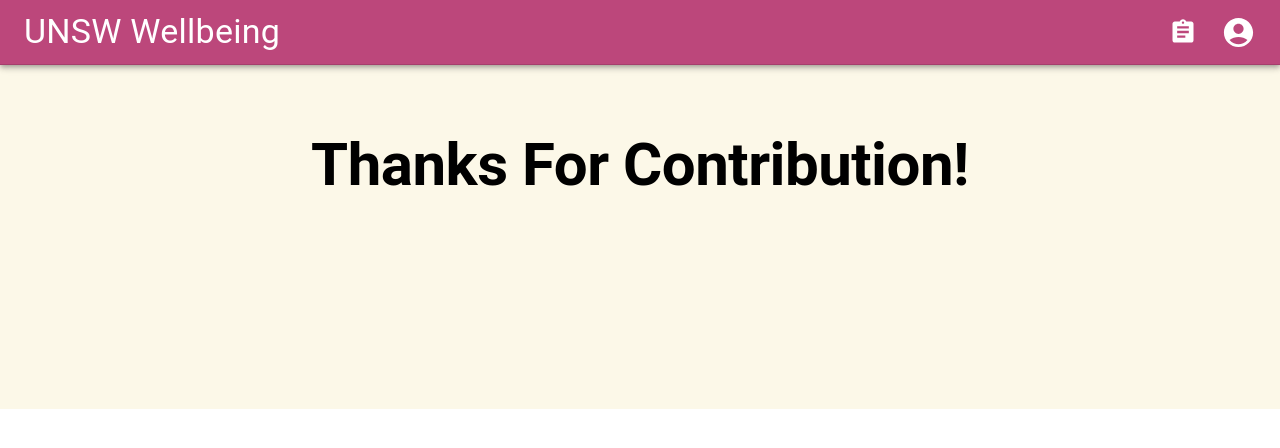
Repository: lplsz/Visionaries
Page: /student_main (app in frontend/)
An editor plug-in stored every save of this project. The page is shown before and after the next save, followed by the edit.
The browser window is 1280 px wide. The pictures show the whole page.
The project was rebuilt for these pictures with package versions that can differ from the ones it lists, and the page was loaded fresh each time. Also part of the build but not shown: frontend/src/Main.jsx, frontend/src/component/HomeCard.jsx, frontend/src/component/QACard.jsx, frontend/src/page/StudentLogin.jsx, frontend/src/page/ExpertLogin.jsx, frontend/src/page/StudentRegister.jsx, frontend/src/page/ExpertRegister.jsx.

Above is the page before, as saved 2022-06-29 00:59:15.

### frontend/src/App.jsx
import React from 'react';
import {
  BrowserRouter,
  Routes,
  Route
} from 'react-router-dom';

import HomePage from './page/HomePage.jsx';
import StudentMain from './page/StudentMain';
import ExpertMain from './page/ExpertMain';
import StudentProfile from './page/StudentProfile';
import ExpertProfile from './page/ExpertProfile';
import StudentLogin from './page/StudentLogin';
import ExpertLogin from './page/ExpertLogin.jsx';
import StudentRegister from './page/StudentRegister.jsx';
import ExpertRegister from './page/ExpertRegister.jsx';
import StudentQAList from './page/StudentQAList.jsx';

function App () {
  return (
    <BrowserRouter>
      <Routes>
        <Route path="/" element={<HomePage />} />
        <Route path="/student_register" element={<StudentRegister />} />
        <Route path="/student_login" element={<StudentLogin />} />
        <Route path="/contributor_register" element={<ExpertRegister />} />
        <Route path="/contributor_login" element={<ExpertLogin />} />
        <Route path="/student_main" element={<StudentMain />} />
        <Route path="/expert_main" element={<ExpertMain />} />
        <Route path="/student_profile" element={<StudentProfile />} />
        <Route path="/expert_profile" element={<ExpertProfile />} />
        <Route path="/student_QA_list" element={<StudentQAList />} />
      </Routes>
    </BrowserRouter>
  );
}

export default App;

### frontend/src/page/HomePage.jsx
/* eslint-disable no-unused-vars */
import React from 'react';
import CssBaseline from '@mui/material/CssBaseline';
import Grid from '@mui/material/Grid';
import Typography from '@mui/material/Typography';
import GlobalStyles from '@mui/material/GlobalStyles';
import Container from '@mui/material/Container';
import { useNavigate } from 'react-router-dom';
import { Copyright } from '../Main';
import HomeCard from '../component/HomeCard';
import LoginIcon from '@mui/icons-material/Login';
import AssignmentIndIcon from '@mui/icons-material/AssignmentInd';
import background from './img/background.jpg'

const tiers = [
  {
    icon: <LoginIcon fontSize="large" color="success"/>,
    title: 'Student',
    buttonText1: 'Sign up your account',
    buttonText2: 'Register for free',
    buttonVariant: 'outlined',
    navigator1: '/student_login',
    navigator2: '/student_register'
  },
  {
    icon: <AssignmentIndIcon fontSize="large" color="secondary"/>,
    title: 'Expert',
    buttonText1: 'Sign up your account',
    buttonText2: 'Register for free',
    buttonVariant: 'outlined',
    navigator1: '/Expert_login',
    navigator2: '/Expert_register'
  },
];

function HomePage () {
  const navigate = useNavigate();
  return (
    <div style = {{backgroundImage: `url(${background})`, backgroundSize: '100% 100%'}}>
      <GlobalStyles styles={{ ul: { margin: 0, padding: 0, listStyle: 'none' } }} />
      <CssBaseline />
      <Container disableGutters maxWidth="sm" component="main" sx={{ pt: 8, pb: 6 }}>
        <Typography
          component="h1"
          variant="h1"
          align="center"
          color="white"
          gutterBottom
        >
          Welcome to Visionaries!
        </Typography>
      </Container>
      <Container maxWidth="md" component="main">
        <Grid container spacing={5} alignItems="flex-end">
          {tiers.map((tier, index) => <HomeCard key={index} tier={tier} navigate={navigate} />)}
        </Grid>
      </Container>

      <Container
        maxWidth="md"
        component="footer"
        sx={{
          mt: 8,
          py: [3, 6],
        }}
      >
      </Container>
    </div>
  );
}

export default HomePage;

### frontend/src/page/StudentMain.jsx
/* eslint-disable no-unused-vars */
import * as React from 'react';
import CssBaseline from '@mui/material/CssBaseline';
import Container from '@mui/material/Container';
import Typography from '@mui/material/Typography';
import Grid from '@mui/material/Grid';
import StudentHeader from '../component/StudentHeader';
import GlobalStyles from '@mui/material/GlobalStyles';
import { useNavigate } from 'react-router-dom';
import QACard from '../component/QACard';
import CareerAdvice from './img/career_advice.jpg';
import COVID19 from './img/covid-19.jpg';
import MentalHealth from './img/mental_health_amid.jpg';
import Others from './img/others.jpg';
import StudyFromHome from './img/study_from_home.jpg';
import Vaccinations from './img/vaccinations.jpg';
import WellBeing from '../component/img/well-being.jpg';

const categories = [
    {
        id: 0,
        category_name: 'Career Advice',
        category_image_url: CareerAdvice,
        category_description: 'Career Advice',
    },
    {
        id: 1,
        category_name: 'Covid-19',
        category_image_url: COVID19,
        category_description: 'Covid-19',
    },
    {
        id: 2,
        category_name: 'Mental Health Amid',
        category_image_url: MentalHealth,
        category_description: 'Mental Health Amid',
    },
    {
        id: 3,
        category_name: 'Study From Home',
        category_image_url: StudyFromHome,
        category_description: 'Study From Home',
    },
    {
        id: 4,
        category_name: 'Vaccinations',
        category_image_url: Vaccinations,
        category_description: 'Vaccinations',
    },
    {
        id: 5,
        category_name: 'Others',
        category_image_url: Others,
        category_description: 'Others',
    },
];

const StudentMain = () => {

    const navigate = useNavigate();

    const CategoryCard = () => {
        const cards = categories.map((c, i) => {
            const cProp = {
                id: c.id,
                category_name: c.name,
                category_image_url: c.category_image_url,
                category_description: c.category_description,
                key: i
            };
            return (
                <QACard category={cProp} key={i}></QACard>
            )
        });
        return (
            <Grid container spacing={5}>
                {cards}
            </Grid>
        )
    }

    return (
        <div style = {{backgroundColor: '#FCF8E8', backgroundSize: '100% 100%'}}>
            <GlobalStyles styles={{ ul: { margin: 0, padding: 0, listStyle: 'none' } }} />
            <CssBaseline />
            <StudentHeader />
            <Container disableGutters maxWidth="lg" component="main" sx={{ pt: 8, pb: 6 }}>
                <Typography
                    component="h2"
                    variant="h2"
                    align="center"
                    color="black"
                    fontWeight='bolder'
                    >
                    Thanks For Contribution!
                </Typography>
            </Container>
            <Container maxWidth="md" component="main">
                {/* <Grid container spacing={5} alignItems="flex-end">
                <ContributorHomeButton url={setIcon} content={"Menage Your Recipes"} navigate={navigate} router={'/add_recipe'}/>
                <ContributorHomeButton url={addIcon} content={"Creat New Recipe"} navigate={navigate} router={'/add_recipe'}/>
                </Grid> */}
                {/* <Container sx={{ py: 8 }}></Container> */}
                {/* <CategoryCard /> */}
            </Container>

            <Container
                maxWidth="md"
                component="footer"
                sx={{
                mt: 8,
                py: [3, 6],
                }}
            >
            </Container>
        </div>
    );
}
export default StudentMain;

### frontend/src/page/ExpertMain.jsx
const ExpertMain = () => {

}
export default ExpertMain;

### frontend/src/page/StudentProfile.jsx
const StudentProfile = () => {

}
export default StudentProfile;

### frontend/src/page/ExpertProfile.jsx
const ExpertProfile = () => {

}
export default ExpertProfile;

### frontend/src/page/StudentQAList.jsx
const StudentQAList = () => {

}
export default StudentQAList;

### frontend/src/component/StudentHeader.jsx
/* eslint-disable no-unused-vars */
import * as React from 'react';
import AppBar from '@mui/material/AppBar';
import Box from '@mui/material/Box';
import Toolbar from '@mui/material/Toolbar';
import IconButton from '@mui/material/IconButton';
import Typography from '@mui/material/Typography';
import MenuItem from '@mui/material/MenuItem';
import Menu from '@mui/material/Menu';
import AccountCircle from '@mui/icons-material/AccountCircle';
import AssignmentIcon from '@mui/icons-material/Assignment';
import { createTheme,ThemeProvider } from '@mui/material/styles';
import Divider from '@mui/material/Divider';
import StarIcon from '@mui/icons-material/Star';
import CardMedia from '@mui/material/CardMedia';
import { useNavigate } from 'react-router-dom';
import { apiCall } from '../Main';

const theme = createTheme({
  palette: {
    primary: {
      light: '#33ab9f',
      main: '#e57373',
      dark: '#00695f',
      contrastText: '#fff',
    },
    secondary: {
      light: '#ff7961',
      main: '#ffea00',
      dark: '#ba000d',
      contrastText: '#000',
    },
  },

});

export default function ExplorerHeader() {
  const [anchorEl, setAnchorEl] = React.useState(null);
  const isMenuOpen = Boolean(anchorEl);
  const navigate = useNavigate();
  const sid = localStorage.getItem('sid');
  console.log((sid==null), 'sid');
  const handleProfileMenuOpen = (event) => {
    setAnchorEl(event.currentTarget);
  };

  const handleMenuClose = () => {
    setAnchorEl(null);
  };

  const menuId = 'primary-search-account-menu';
  const RenderMenu = () => {
    return (
      <Menu
        anchorEl={anchorEl}
        anchorOrigin={{
          vertical: 'top',
          horizontal: 'right',
        }}
        id={menuId}
        keepMounted
        transformOrigin={{
          vertical: 'top',
          horizontal: 'right',
        }}
        open={isMenuOpen}
        onClose={handleMenuClose}
      >
        <MenuItem onClick={()=>{navigate('/student_profile'); handleMenuClose();}}>My Profile</MenuItem>
        <Divider />
        <MenuItem onClick={()=>{
          apiCall('student/logout', 'POST', {id: sid});
          localStorage.removeItem('sid');
          navigate('/'); handleMenuClose()}}>Logout</MenuItem>
      </Menu>
    );
  }

  const RenderMenuVisitor = () => {
    return (
      <Menu
        anchorEl={anchorEl}
        anchorOrigin={{
          vertical: 'top',
          horizontal: 'right',
        }}
        id={menuId}
        keepMounted
        transformOrigin={{
          vertical: 'top',
          horizontal: 'right',
        }}
        open={isMenuOpen}
        onClose={handleMenuClose}
      >
        <MenuItem onClick={()=>{navigate('/student_login'); handleMenuClose();}}>Log in</MenuItem>
        <Divider />
        <MenuItem onClick={()=>{navigate('/student_register'); handleMenuClose()}}>Register</MenuItem>
      </Menu>
    );
  }

    return (
        <ThemeProvider theme={theme}>
        <Box sx={{ flexGrow: 1 }}>
        <AppBar position="static" sx={
            { backgroundColor:'#bc477b', position:'relative',borderBottom: (t) => `1px solid ${t.palette.divider}`}}>
          <Toolbar>
            <Typography
              variant="h4"
              noWrap
              component="div"
              sx={{ display: { xs: 'none', sm: 'block' } }}
            >
                UNSW Wellbeing
            </Typography>
            {/* <CardMedia
            component="img"
            sx={{ width: 40 , margin:'10px'}}
            image={MainIcon}
            /> */}
            <Box sx={{ flexGrow: 1 }} />
            <Box sx={{ display: { xs: 'none', md: 'flex' } }}>
              {sid == null
              ? <IconButton
                size="large"
                aria-label="show 4 new mails"
                color="inherit"
                onClick={handleProfileMenuOpen}
              >
                <AssignmentIcon fontSize="middle"/>
              </IconButton>
              : <IconButton
                size="large"
                aria-label="show 4 new mails"
                color="inherit"
                onClick={()=>{navigate('/student_QA_list')}}
              >
              <AssignmentIcon fontSize="middle"/>
            </IconButton>  }

              {/* <IconButton
                size="large"
                color='secondary'
              >
                  <StarIcon fontSize="middle" />
              </IconButton> */}
              <IconButton
                size="large"
                edge="end"
                aria-label="account of current user"
                aria-controls={menuId}
                aria-haspopup="true"
                onClick={handleProfileMenuOpen}
                color="inherit"
              >
                <AccountCircle fontSize="large" />
              </IconButton>
            </Box>
          </Toolbar>
        </AppBar>
        {sid == null ? <RenderMenuVisitor /> : <RenderMenu/> }
      </Box>
    </ThemeProvider>
)
}

Loaded but not shown: frontend/public/index.html (common file); frontend/src/index.jsx (common file); frontend/src/index.css (common file)

After the next save:
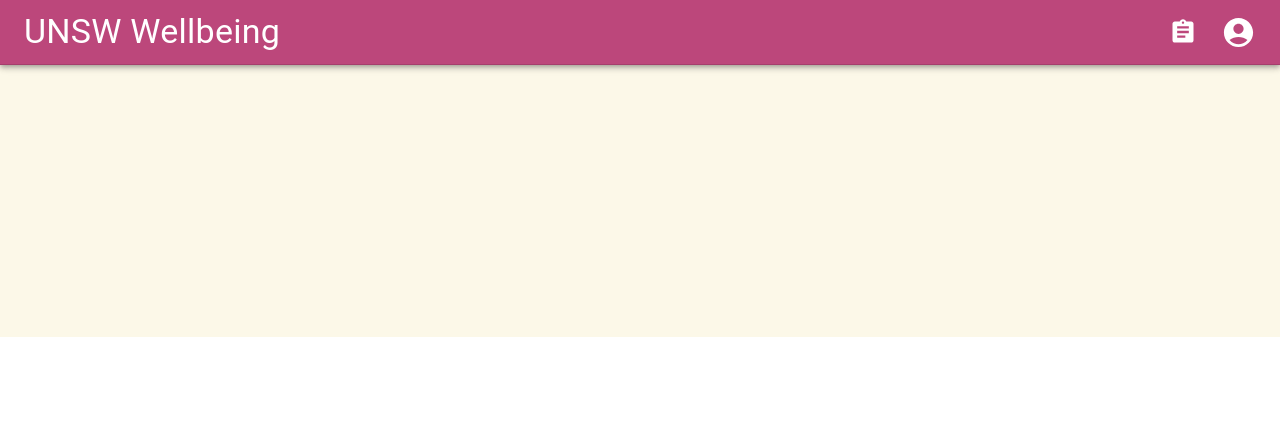
Saved 25 s later.
--- a/frontend/src/page/StudentMain.jsx
+++ b/frontend/src/page/StudentMain.jsx
@@ -85,15 +85,7 @@
             <CssBaseline />
             <StudentHeader />
             <Container disableGutters maxWidth="lg" component="main" sx={{ pt: 8, pb: 6 }}>
-                <Typography
-                    component="h2"
-                    variant="h2"
-                    align="center"
-                    color="black"
-                    fontWeight='bolder'
-                    >
-                    Thanks For Contribution!
-                </Typography>
+
             </Container>
             <Container maxWidth="md" component="main">
                 {/* <Grid container spacing={5} alignItems="flex-end">
